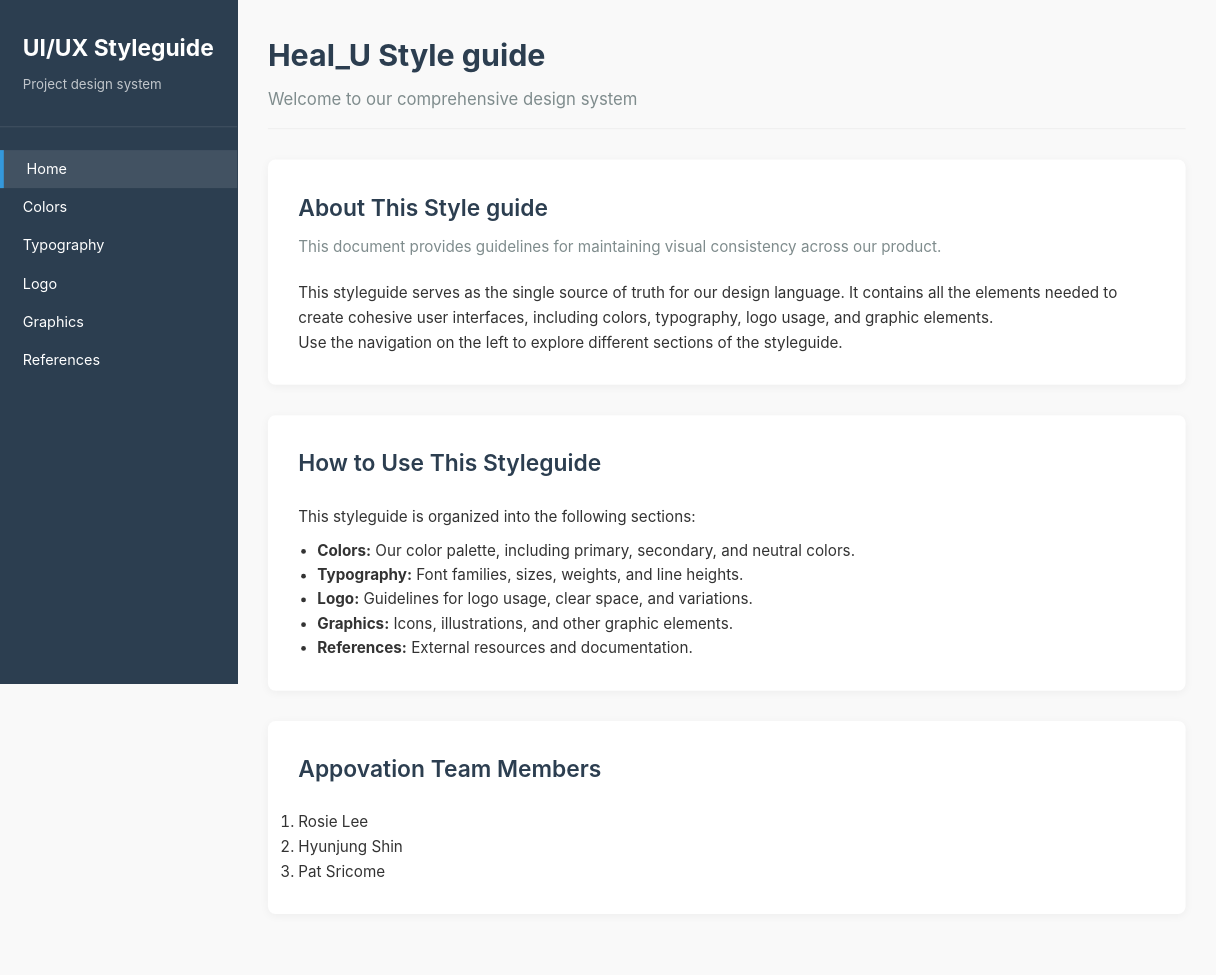
Repository: rosielee09/Heal_U
Page: index.html
An editor plug-in stored every save of this project. The page is shown before and after the next save, followed by the edit.
The browser window is 1280 px wide. The pictures show the whole page, at 95% of full size.

Above is the page before, as saved 2025-04-03 23:55:38.

### index.html
<!DOCTYPE html>
<html lang="en">
<head>
    <meta charset="UTF-8">
    <meta name="viewport" content="width=device-width, initial-scale=1.0">
    <link rel="stylesheet" href="styles.css">
    <title>Heal_U Styleguide</title>
</head>
<body>
    <div class="container">
        <!-- Sidebar Navigation -->
        <div class="sidebar">
            <div class="sidebar-header">
                <h1>UI/UX Styleguide</h1>
                <p>Project design system</p>
            </div>
            <ul class="nav">
                <li class="active"><a href="index.html">Home</a></li>
                <li><a href="colors.html">Colors</a></li>
                <li><a href="typography.html">Typography</a></li>
                <li><a href="logo.html">Logo</a></li>
                <li><a href="graphics.html">Graphics</a></li>
                <li><a href="references.html">References</a></li>
            </ul>
        </div>

        <!-- Main Content - Home Page -->
        <div class="content">
            <header class="page-header">
                <h2>Heal_U Style guide</h2>
                <p>Welcome to our comprehensive design system</p>
            </header>

            <div class="component">
                <div class="component-header">
                    <h3 class="component-title">About This Style guide</h3>
                    <p class="component-description">This document provides guidelines for maintaining visual consistency across our product.</p>
                </div>
                <div class="component-content">
                    <p>This styleguide serves as the single source of truth for our design language. It contains all the elements needed to create cohesive user interfaces, including colors, typography, logo usage, and graphic elements.</p>
                    <p>Use the navigation on the left to explore different sections of the styleguide.</p>
                </div>
            </div>

            <div class="component">
                <div class="component-header">
                    <h3 class="component-title">How to Use This Styleguide</h3>
                </div>
                <div class="component-content">
                    <p>This styleguide is organized into the following sections:</p>
                    <ul style="margin-left: 20px; margin-top: 10px;">
                        <li><strong>Colors:</strong> Our color palette, including primary, secondary, and neutral colors.</li>
                        <li><strong>Typography:</strong> Font families, sizes, weights, and line heights.</li>
                        <li><strong>Logo:</strong> Guidelines for logo usage, clear space, and variations.</li>
                        <li><strong>Graphics:</strong> Icons, illustrations, and other graphic elements.</li>
                        <li><strong>References:</strong> External resources and documentation.</li>
                    </ul>
                </div>
            </div>


            <div class="component">
                <div class="component-header">
                    <h3 class="component-title">Appovation Team Members</h3>
                </div>
                <div class="component-content">
                    <ol>
                        <li>Rosie Lee</li>
                        <li>Hyunjung Shin</li>
                        <li>Pat Sricome</li>
                    </ol>
                </div>
            </div>
        </div>
    </div>
</body>
<script src="script.js"></script>
</html>

### styles.css
* {
    margin: 0;
    padding: 0;
    box-sizing: border-box;
}

body {
    font-family: 'Inter', -apple-system, BlinkMacSystemFont, 'Segoe UI', Roboto, Oxygen, Ubuntu, Cantarell, sans-serif;
    line-height: 1.6;
    color: #333;
    background-color: #f9f9f9;
}

/* Layout */
.container {
    display: flex;
    min-height: 100vh;
}

/* Sidebar Navigation */
.sidebar {
    width: 250px;
    background-color: #2c3e50;
    color: #fff;
    padding: 2rem 0;
    position: fixed;
    height: 100vh;
    overflow-y: auto;
}

.sidebar-header {
    padding: 0 1.5rem 2rem;
    border-bottom: 1px solid rgba(255, 255, 255, 0.1);
}

.sidebar-header h1 {
    font-size: 1.5rem;
    font-weight: 700;
    margin-bottom: 0.5rem;
}

.sidebar-header p {
    font-size: 0.875rem;
    opacity: 0.7;
}

.nav {
    list-style: none;
    padding: 1.5rem 0;
}

.nav li {
    padding: 0.5rem 1.5rem;
}

.nav li.active {
    background-color: rgba(255, 255, 255, 0.1);
    border-left: 4px solid #3498db;
}

.nav a {
    color: #fff;
    text-decoration: none;
    display: block;
    font-size: 0.95rem;
    transition: all 0.2s;
}

.nav a:hover {
    opacity: 0.8;
}

/* Main Content */
.content {
    flex: 1;
    padding: 2rem;
    margin-left: 250px;
    max-width: calc(100% - 250px);
}

.page-header {
    margin-bottom: 2rem;
    padding-bottom: 1rem;
    border-bottom: 1px solid #eee;
}

.page-header h2 {
    font-size: 2rem;
    font-weight: 700;
    color: #2c3e50;
    margin-bottom: 0.5rem;
}

.page-header p {
    color: #7f8c8d;
    font-size: 1.1rem;
}

/* Components Common Styles */
.component {
    background-color: #fff;
    border-radius: 8px;
    box-shadow: 0 2px 10px rgba(0, 0, 0, 0.05);
    padding: 2rem;
    margin-bottom: 2rem;
}

.component-header {
    margin-bottom: 1.5rem;
}

.component-title {
    font-size: 1.5rem;
    font-weight: 600;
    margin-bottom: 0.5rem;
    color: #2c3e50;
}

.component-description {
    color: #7f8c8d;
}


/* Typography */
/* Import Roboto font with multiple weights */
@import url('https://fonts.googleapis.com/css2?family=Roboto:wght@400;500;700&display=swap');

/* Import Roboto font with multiple weights */
@import url('https://fonts.googleapis.com/css2?family=Roboto:wght@400;500;700&display=swap');

/* Table styling */
table {
  width: 100%;
  border-collapse: collapse;
  font-family: 'Roboto', sans-serif;
  margin: 2rem 0;
}

th {
  background-color: #f8f9fa;
  color: #212529;
  padding: 12px 16px;
  text-align: left;
  font-weight: 500;
  border-bottom: 2px solid #dee2e6;
}

td {
  padding: 16px;
  border-bottom: 1px solid #e9ecef;
  vertical-align: top;
}

/* Remove default list styling */
td li {
  list-style: none;
  margin: 4px 0;
  padding-left: 0;
}



.content-image {
  display: flex;
  flex-direction: row;
  flex-wrap: wrap;
  justify-content: space-around;
  padding: 1rem;
}

.center {
  text-align: center;
}

/* Typography styles */
.heading1 {
  font-family: 'Roboto', sans-serif;
  font-size: 40px;
  line-height: 48px;
  font-weight: 700;
  color: #212529;
}

.heading2 {
  font-family: 'Roboto', sans-serif;
  font-size: 32px;
  line-height: 40px;
  font-weight: 700;
  color: #212529;
}

.section-header {
  font-family: 'Roboto', sans-serif;
  font-size: 24px;
  line-height: 32px;
  font-weight: 700;
  color: #212529;
}

.sub-header {
  font-family: 'Roboto', sans-serif;
  font-size: 20px;
  line-height: 28px;
  font-weight: 700;
  color: #212529;
}

.body-bold {
  font-family: 'Roboto', sans-serif;
  font-size: 16px;
  line-height: 24px;
  font-weight: 700;
  color: #212529;
}

.body {
  font-family: 'Roboto', sans-serif;
  font-size: 16px;
  line-height: 24px;
  font-weight: 400;
  color: #212529;
}

.small {
  font-family: 'Roboto', sans-serif;
  font-size: 14px;
  line-height: 20px;
  font-weight: 400;
  color: #212529;
}

.small-italic {
  font-family: 'Roboto', sans-serif;
  font-style: italic;
  font-size: 14px;
  line-height: 20px;
  font-weight: 400;
  color: #212529;
}

.tiny-bold {
  font-family: 'Roboto', sans-serif;
  font-size: 12px;
  line-height: 18px;
  font-weight: 700;
  color: #212529;
}

.tiny {
  font-family: 'Roboto', sans-serif;
  font-size: 12px;
  line-height: 18px;
  font-weight: 400;
  color: #212529;
}

.mini {
  font-family: 'Roboto', sans-serif;
  font-size: 8px;
  line-height: 12px;
  font-weight: 400;
  color: #212529;
  letter-spacing: 0.5px;
}

/* Add zebra striping for better readability */
tbody tr:nth-child(odd) {
  background-color: #f8f9fa;
}

Loaded but not shown: script.js (no stored copy; drawn as an empty file)

After the next save:
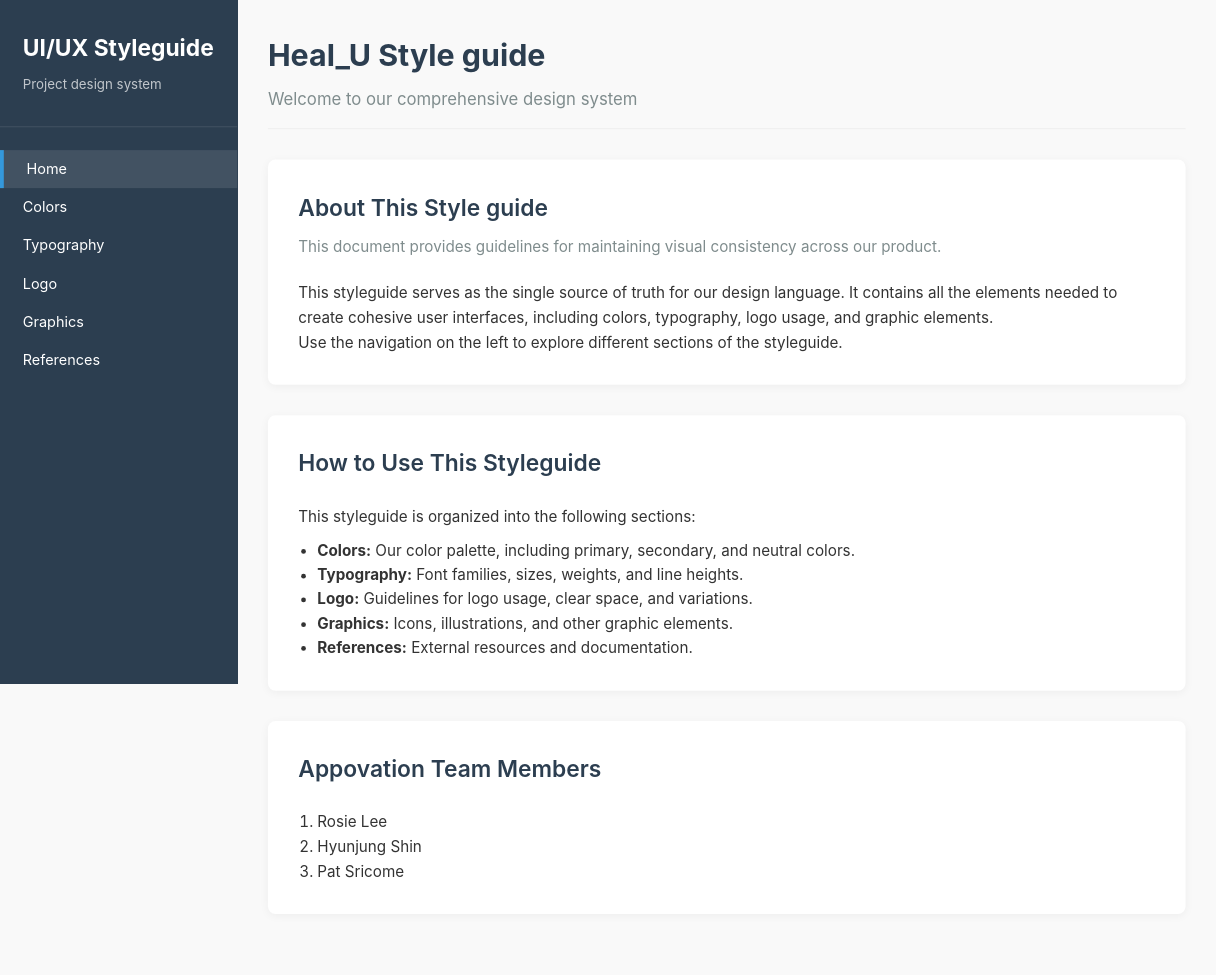
Saved 17 s later.
--- a/index.html
+++ b/index.html
@@ -64,7 +64,7 @@
                     <h3 class="component-title">Appovation Team Members</h3>
                 </div>
                 <div class="component-content">
-                    <ol>
+                    <ol style="margin-left: 20px; margin-top: 10px;">
                         <li>Rosie Lee</li>
                         <li>Hyunjung Shin</li>
                         <li>Pat Sricome</li>
